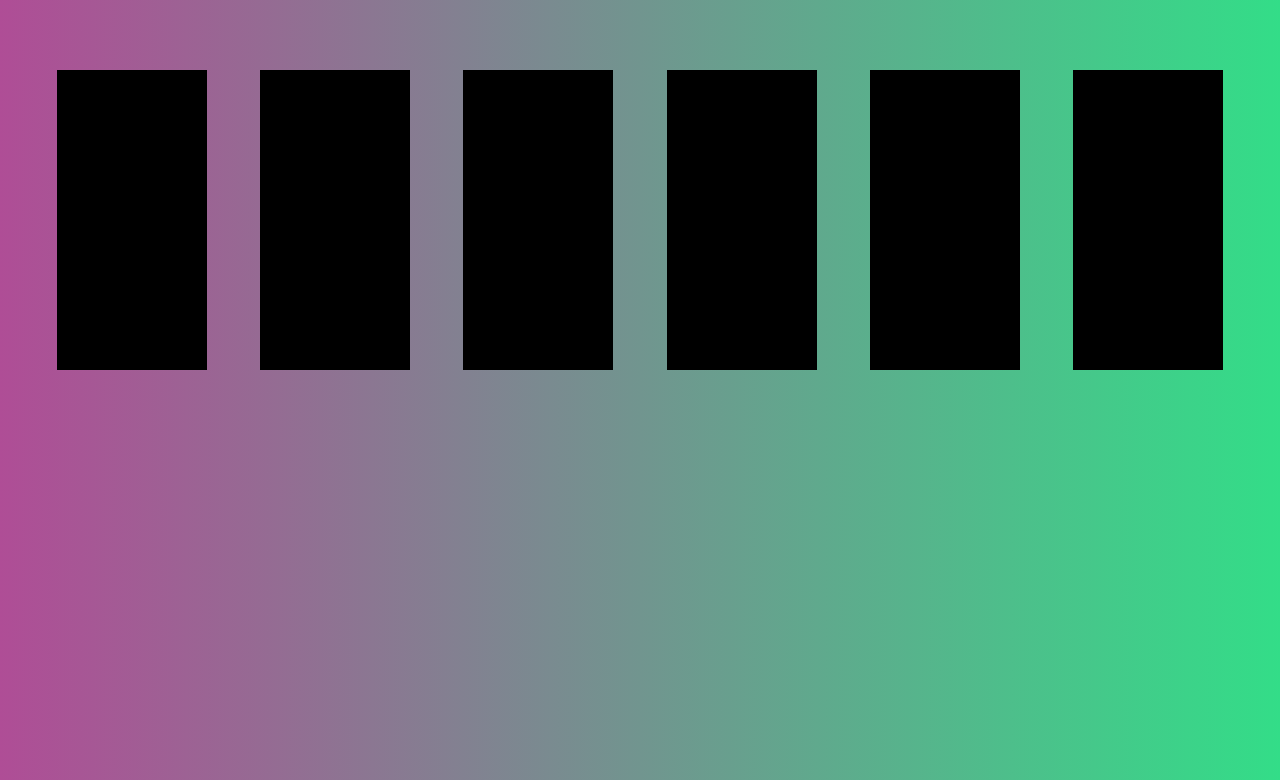
Repository: lausamtuong/profileCard
Page: index.html
The author's editor kept a copy of each file at every save. The page is drawn from the files as they stood at one save, then again after the next save.
The browser window is 1280 px wide. The pictures show the whole page.
The style sheet was rebuilt from its Sass, Less or Tailwind sources for each picture, by a compiler version that may differ from the author's.

Above is the page before, as saved 2021-12-14 14:58:44.

After the next save:
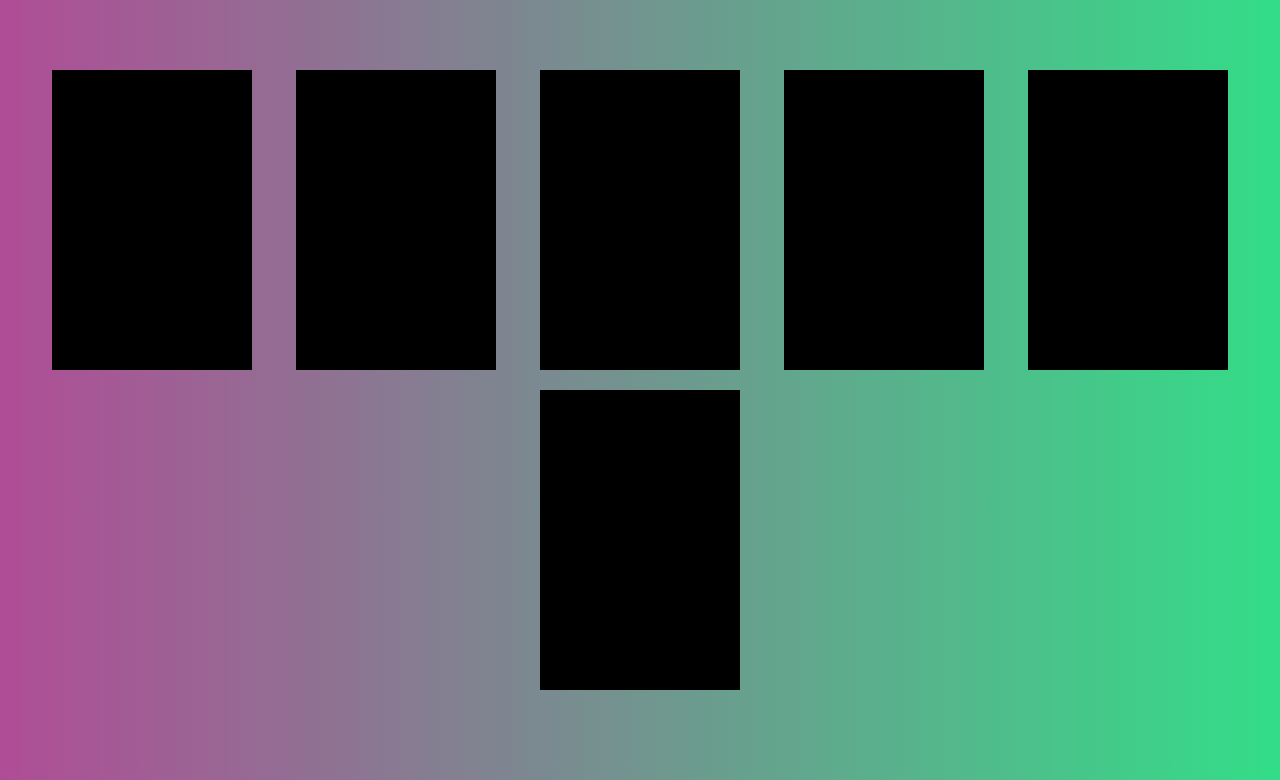
Saved 20 s later.
--- a/style.scss
+++ b/style.scss
@@ -16,7 +16,7 @@
       margin: 60px 30px;
     }
     &__item{
-        width:150px;
+        width:200px;
         height:300px;
         background-color: #000;
         margin: 10px;

After the save that followed:
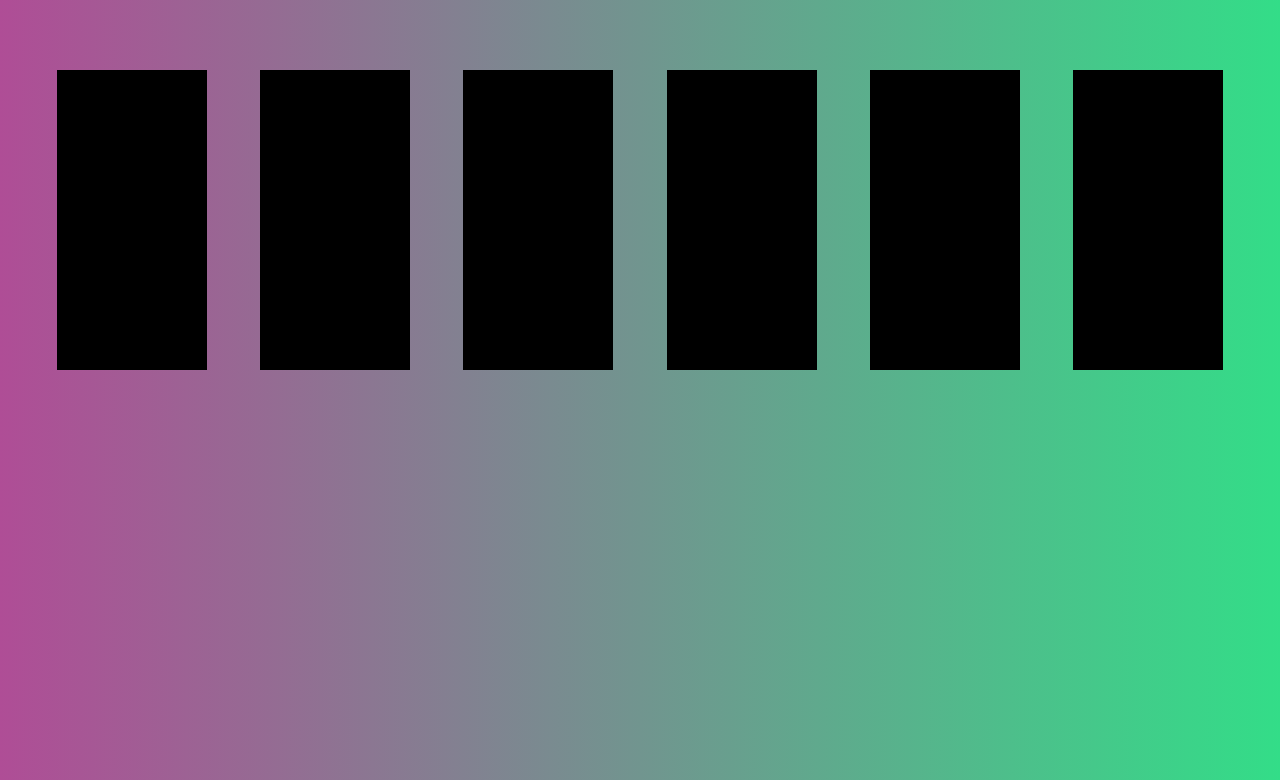
Saved 8 s later.
--- a/style.scss
+++ b/style.scss
@@ -16,7 +16,7 @@
       margin: 60px 30px;
     }
     &__item{
-        width:200px;
+        width:150px;
         height:300px;
         background-color: #000;
         margin: 10px;
